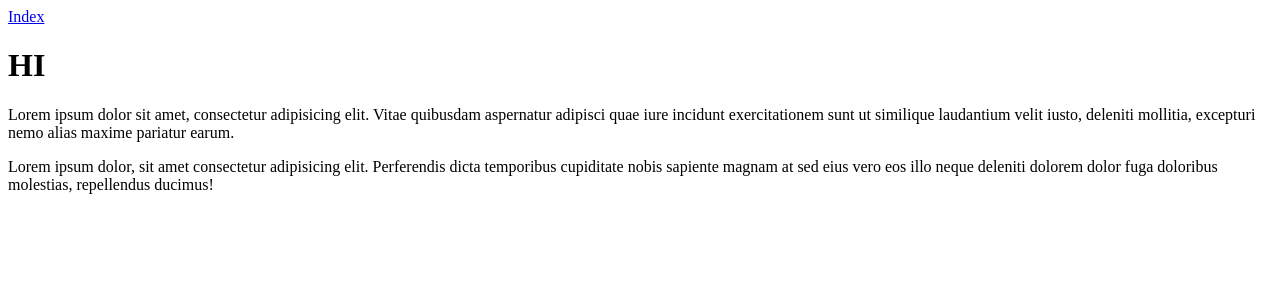
Repository: Nguyen-Toan-2004/du-an-test
Page: product.htm
These files come from the project's save history. The page is drawn as it stood at one moment and after the next save; the edit follows.
The browser window is 1280 px wide. The pictures show the whole page.

Above is the page before, as saved 2025-10-16 20:31:41.

After the next save:
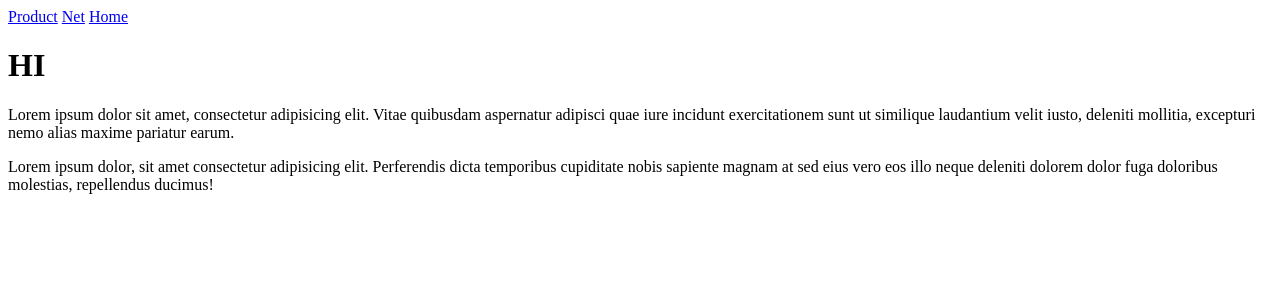
Saved 9 s later.
--- a/product.htm
+++ b/product.htm
@@ -6,7 +6,9 @@
     <title>Document</title>
   </head>
   <body>
-    <a href="index.html">Index</a>
+    <a href="product.htm">Product</a>
+    <a href="net.htm">Net</a>
+    <a href="home.html">Home</a>
     <h1>HI</h1>
     <p>
       Lorem ipsum dolor sit amet, consectetur adipisicing elit. Vitae quibusdam
